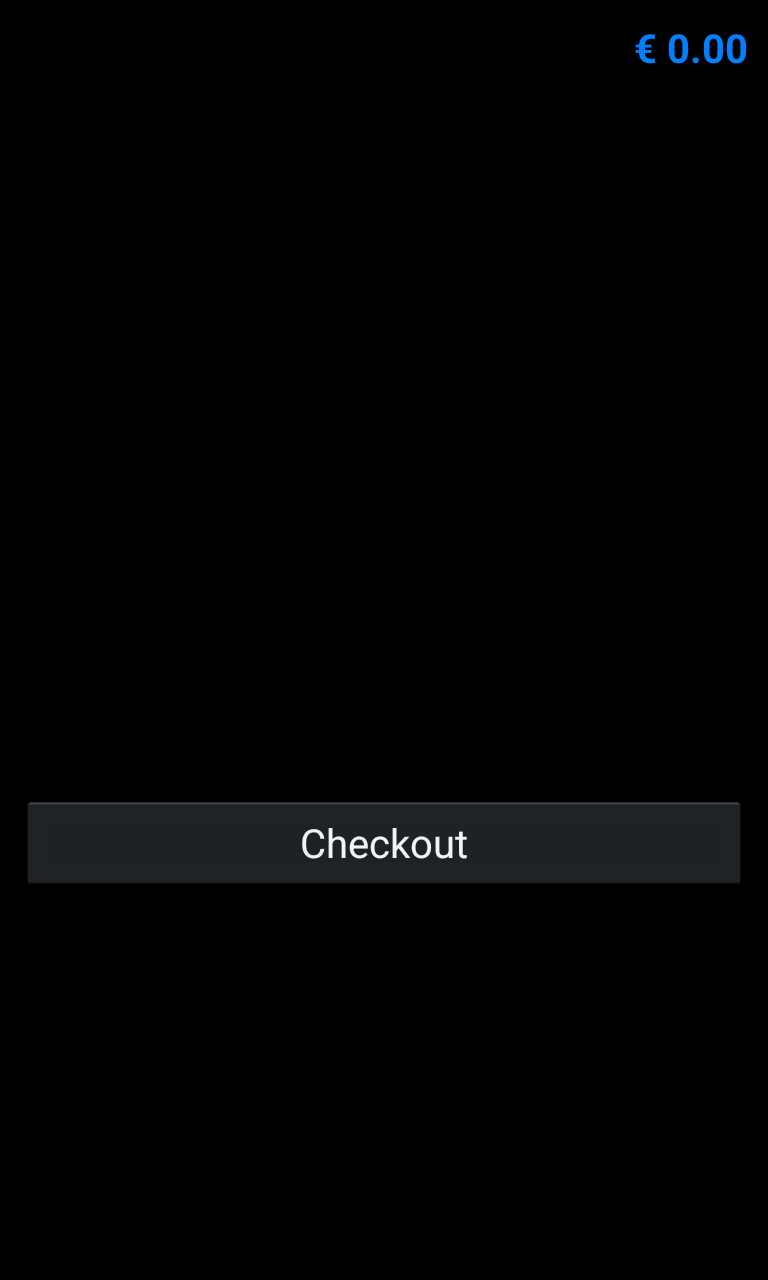
Repository: Adammdit/DT2283GUI
Layout: GunSmoke/res/layout/activity_main.xml
These files come from the project's save history. The layout is drawn as it stood at one moment and after the next save; the edit follows.
It is drawn on a 768 x 1280 px phone screen (xhdpi) without system bars, with theme android:Theme.Holo; the app's code is not run. Lists and similar views that code fills are empty.

Above is the layout before, as saved 2014-11-10 10:03:21.

### GunSmoke/res/layout/activity_main.xml
<RelativeLayout xmlns:android="http://schemas.android.com/apk/res/android"
    xmlns:tools="http://schemas.android.com/tools"
    android:id="@+id/LinearLayout1"
    android:layout_width="fill_parent"
    android:layout_height="fill_parent"
    android:paddingBottom="10dp"
    android:paddingLeft="10dp"
    android:paddingRight="10dp"
    android:paddingTop="10dp"
    android:orientation="vertical"
    tools:context=".MainActivity" >

    <TextView
        android:id="@+id/cartTotal"
        android:layout_width="match_parent"
  		android:layout_height="wrap_content"
  		android:gravity="right"
        android:textSize="20sp"
  		android:text="€ 0.00"
  		android:textColor="@color/total"
  		android:textStyle="bold"
  		android:layout_weight="2"/>

    <Button
        android:id="@+id/checkout"
        style="?android:attr/buttonStyleSmall"
        android:layout_width="fill_parent"
        android:layout_height="wrap_content"
        android:layout_weight="0"
        android:textSize="20sp"
        android:layout_below="@+id/listView"
        android:layout_marginBottom="20dp"
        android:text="Checkout" />


    <ExpandableListView
        android:id="@+id/listView"
        android:layout_width="match_parent"
        android:layout_height="360dp"
        android:layout_weight="1"

        android:layout_below="@+id/cartTotal" />




</RelativeLayout>

### GunSmoke/res/values/colors.xml
<?xml version="1.0" encoding="utf-8"?>
<resources>
	<color name="khaki">#663300</color>
	<color name="price">#E5FFCC</color>
	<color name="name">#CC6600</color>
	<color name="total">#0080FF</color>
	<color name="formBackground">#3D3D00</color>
</resources>

After the next save:
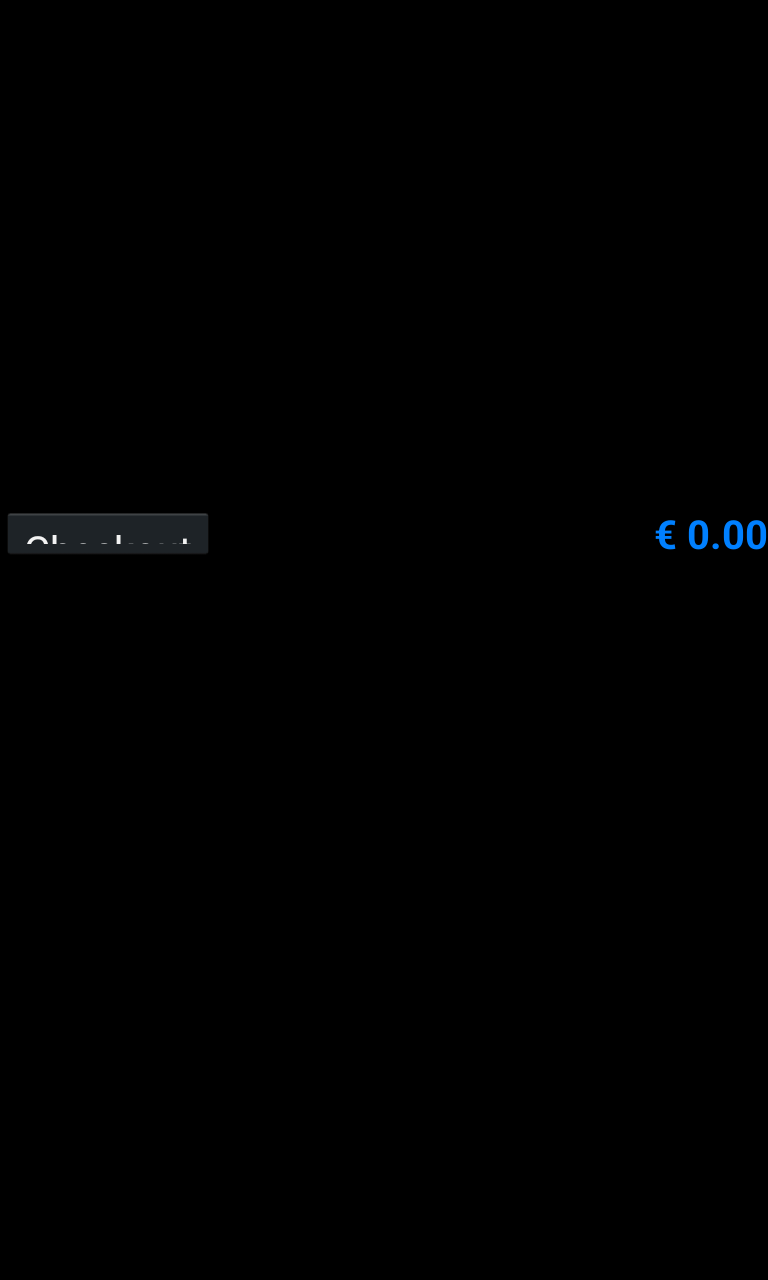
Saved 8 min 24 s later.
--- a/GunSmoke/res/layout/activity_main.xml
+++ b/GunSmoke/res/layout/activity_main.xml
@@ -3,12 +3,19 @@
     android:id="@+id/LinearLayout1"
     android:layout_width="fill_parent"
     android:layout_height="fill_parent"
-    android:paddingBottom="10dp"
-    android:paddingLeft="10dp"
-    android:paddingRight="10dp"
-    android:paddingTop="10dp"
+    android:gravity="bottom"
     android:orientation="vertical"
     tools:context=".MainActivity" >
+
+    <Button
+        android:id="@+id/checkout"
+        style="?android:attr/buttonStyleSmall"
+        android:layout_width="wrap_content"
+        android:layout_height="wrap_content"
+        android:layout_above="@+id/listView"
+        android:layout_alignLeft="@+id/cartTotal"
+        android:text="Checkout"
+        android:textSize="20sp" />
 
     <TextView
         android:id="@+id/cartTotal"
@@ -21,18 +28,6 @@
   		android:textStyle="bold"
   		android:layout_weight="2"/>
 
-    <Button
-        android:id="@+id/checkout"
-        style="?android:attr/buttonStyleSmall"
-        android:layout_width="fill_parent"
-        android:layout_height="wrap_content"
-        android:layout_weight="0"
-        android:textSize="20sp"
-        android:layout_below="@+id/listView"
-        android:layout_marginBottom="20dp"
-        android:text="Checkout" />
-
-
     <ExpandableListView
         android:id="@+id/listView"
         android:layout_width="match_parent"
@@ -43,5 +38,4 @@
 
 
 
-
 </RelativeLayout>
